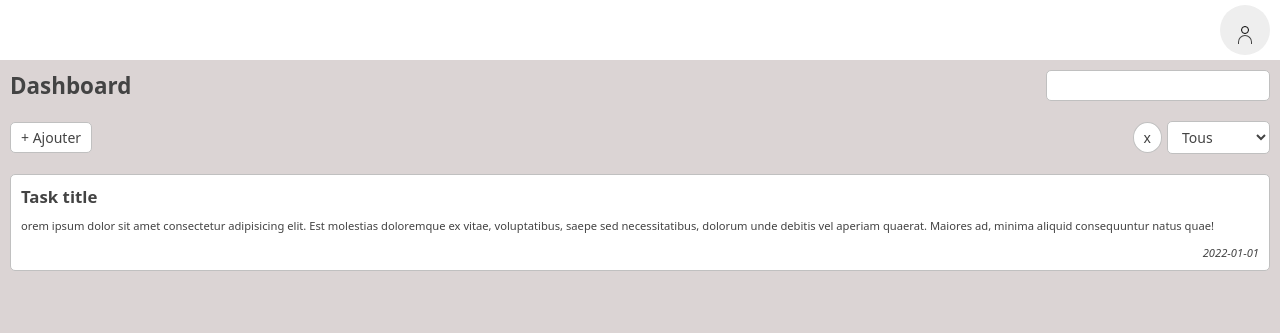
Repository: zpaulange/task_manager
Page: dashboard/index.html
The author's editor kept a copy of each file at every save. The page is drawn from the files as they stood at one save, then again after the next save.
The browser window is 1280 px wide. The pictures show the whole page.

Above is the page before, as saved 2025-03-06 15:23:56.

After the next save:
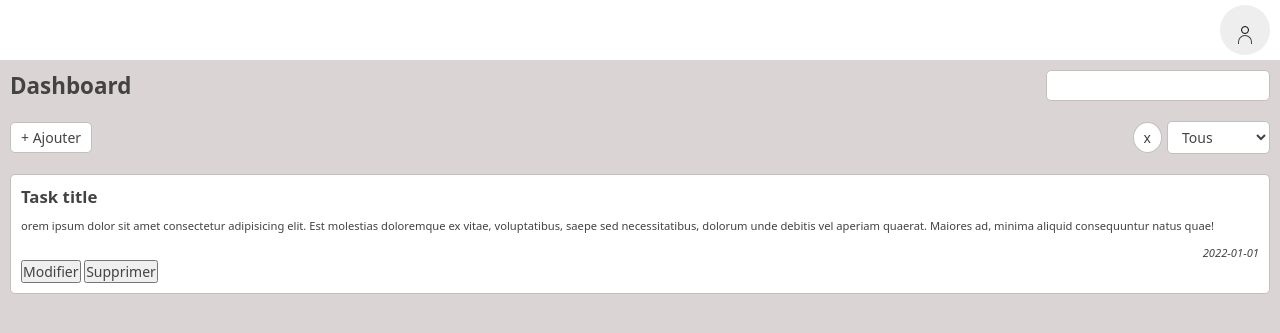
Saved 4 s later.
--- a/dashboard/index.html
+++ b/dashboard/index.html
@@ -45,7 +45,9 @@
               <div class="main-task__content-item__date">
                 2022-01-01
               </div>
-
+              <div class="main-task__content-item__actions">
+                <button class="main-task__content-item__actions_btn">Modifier</button>
+                <button class="main-task__content-item__actions_btn">Supprimer</button>
             </div>
             <!-- <section class="box box-center">
               <h1>Aucune tache disponible...</h1>

After the 2 saves that followed:
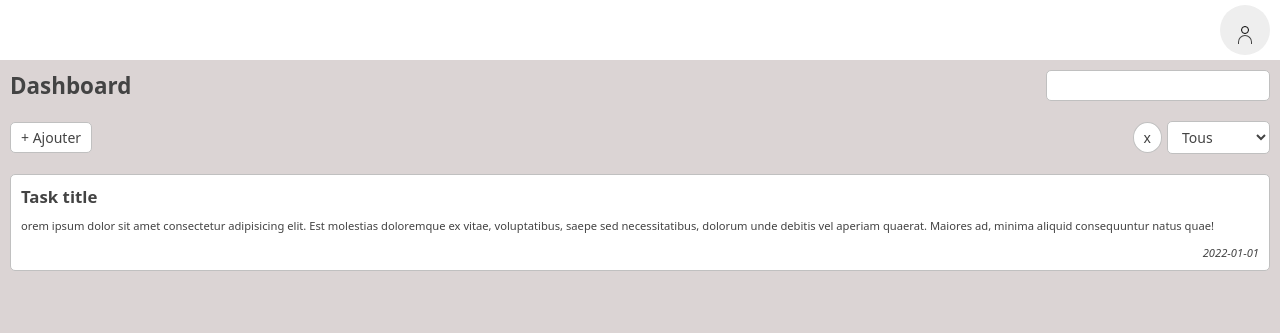
The 2 saves are shown as one change because they came seconds apart.
The last was saved 11 s later.
--- a/dashboard/index.html
+++ b/dashboard/index.html
@@ -46,8 +46,7 @@
                 2022-01-01
               </div>
               <div class="main-task__content-item__actions">
-                <button class="main-task__content-item__actions_btn">Modifier</button>
-                <button class="main-task__content-item__actions_btn">Supprimer</button>
+                <stat
             </div>
             <!-- <section class="box box-center">
               <h1>Aucune tache disponible...</h1>
